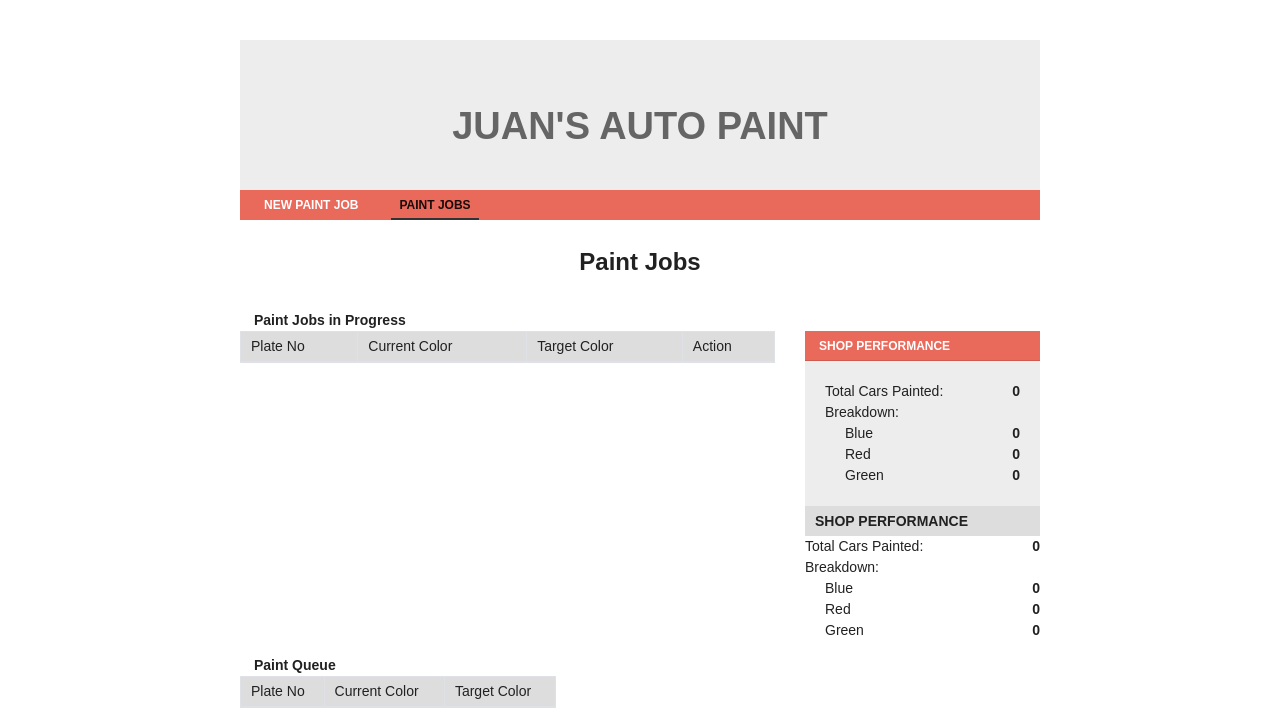
Repository: soycaringal/paint-job
Page: http://localhost/jobs
The author's editor kept a copy of each file at every save. The page is drawn from the files as they stood at one save, then again after the next save.
The browser window is 1280 px wide. The pictures show the whole page.
The page is served by the project's Laravel application, run on PHP 8.4 with Laravel 8. Queries for data that is not in the repository find no rows.

Above is the page before, as saved 2020-02-23 20:13:32.

After the next save:
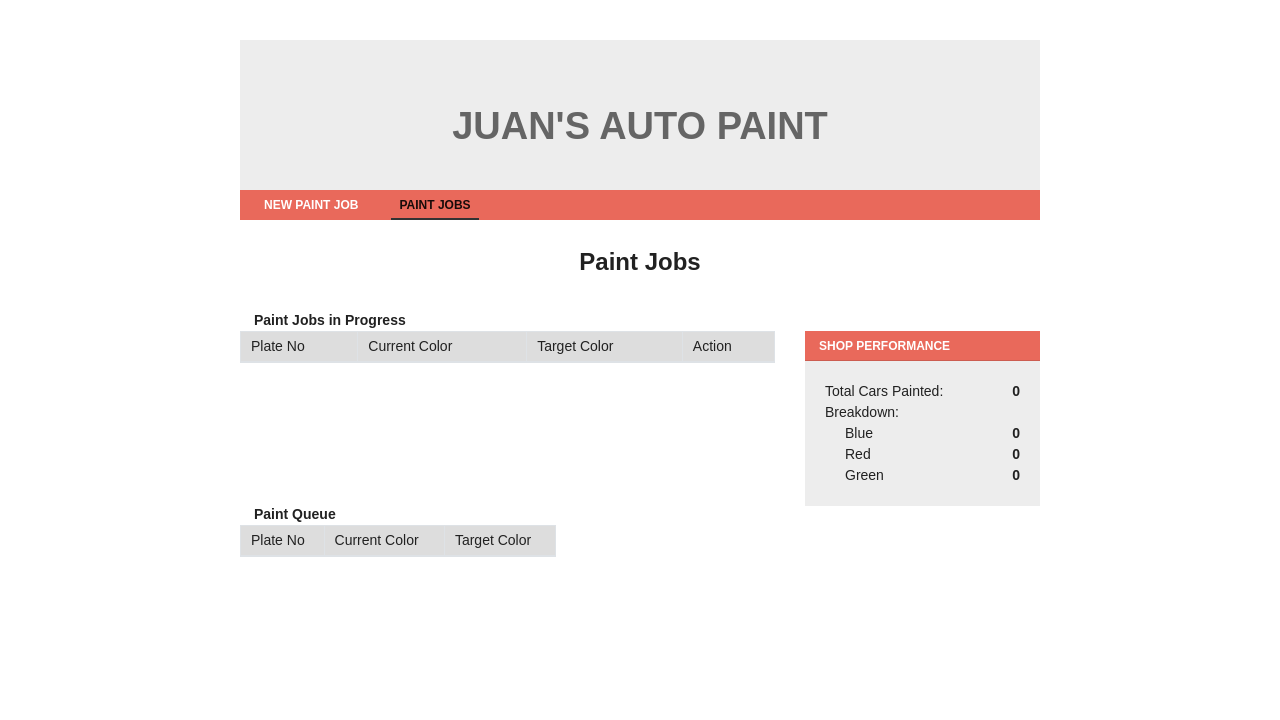
Saved 19 s later.
--- a/resources/views/jobs.blade.php
+++ b/resources/views/jobs.blade.php
@@ -29,16 +29,6 @@
                 <div class="card-header">SHOP PERFORMANCE</div>
                 <div class="car-performance-rows card-body"></div>
             </div>
-            <table class="table table-borderless">
-                <thead class="thead">
-                    <tr>
-                        <th scope="col" colspan="2">SHOP PERFORMANCE</th>
-                    </tr>
-                </thead>
-                <tbody class="car-performance-rows">
-
-                </tbody>
-            </table>
         </section>
     </div>
 
